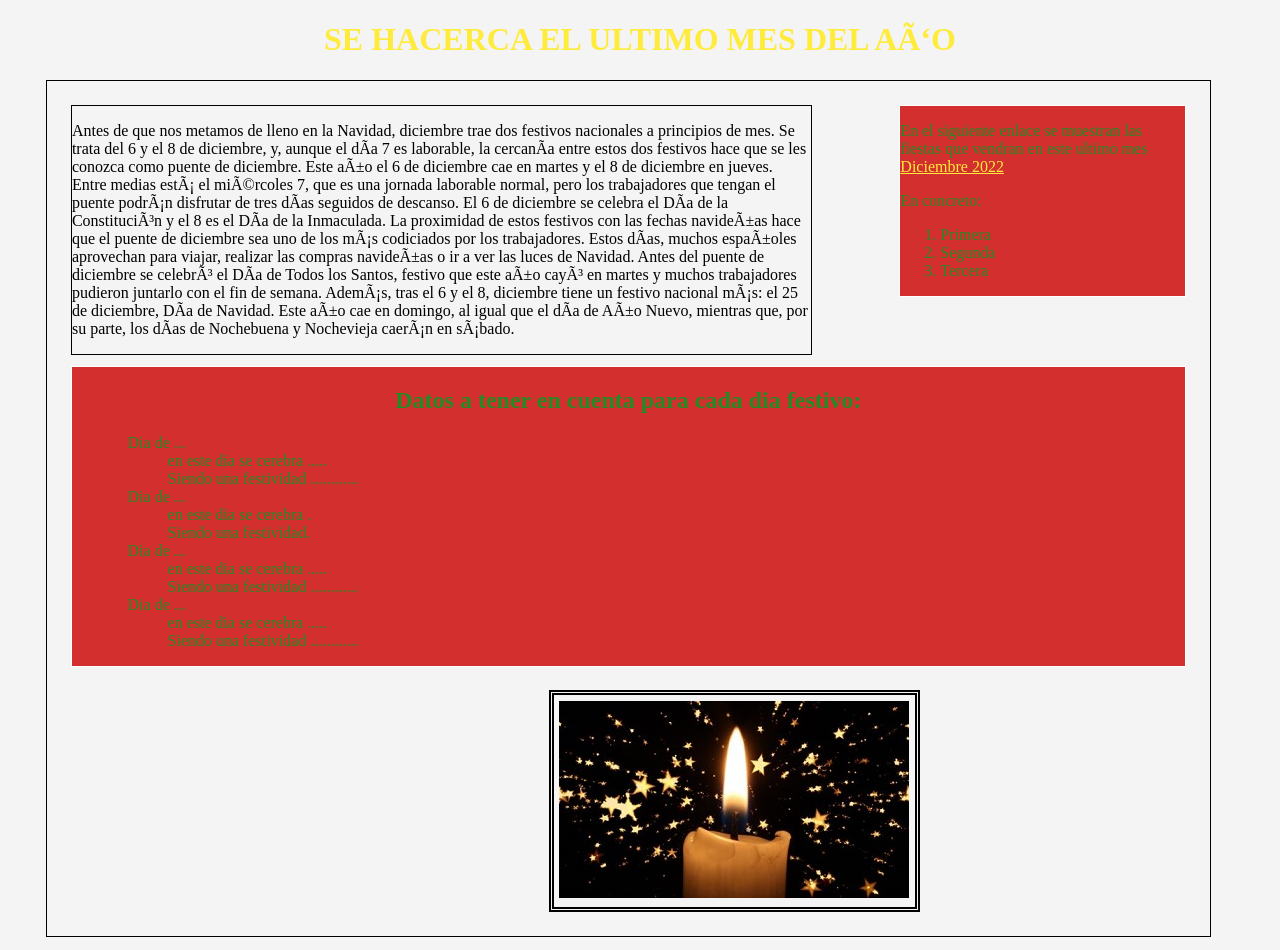
Repository: demoniers/clase
Page: lenguajes/examen2/src/index.html
These files come from the project's save history. The page is drawn as it stood at one moment and after the next save; the edit follows.
The browser window is 1280 px wide. The pictures show the whole page.

Above is the page before, as saved 2024-11-06 13:52:23.

### lenguajes/examen2/src/index.html
<!DOCTYPE html>
<html>
  <head>
    <title>¡Festivos Fin de Año!</title>
    <link rel="stylesheet" href="../style/style.css" />
    <meta name="author" content="Diego" />
    <meta name="description" content="¡Festivos Fin de Año!" />
    <meta name="Date" content="06/11/2024"/>
    <meta name="keywords" content="Festivo, Fiesta"/>
    <meta charset="ISO 8859-1">
    <meta lang="ES, FR, IT">
  </head>

  <body>
    <h1 class="center">SE HACERCA EL ULTIMO MES DEL AÑO</h1>
    <div id="container">
      <div class="c65" >
        <p>Antes de que nos metamos de lleno en la Navidad, diciembre trae dos festivos nacionales a principios
          de mes. Se trata del 6 y el 8 de diciembre, y, aunque el día 7 es laborable, la cercanía entre estos dos
          festivos hace que se les conozca como puente de diciembre. Este año el 6 de diciembre cae en martes y
          el 8 de diciembre en jueves. Entre medias está el miércoles 7, que es una jornada laborable normal,
          pero los trabajadores que tengan el puente podrán disfrutar de tres días seguidos de descanso. El 6 de
          diciembre se celebra el Día de la Constitución y el 8 es el Día de la Inmaculada. La proximidad de estos
          festivos con las fechas navideñas hace que el puente de diciembre sea uno de los más codiciados por los
          trabajadores. Estos días, muchos españoles aprovechan para viajar, realizar las compras navideñas o ir a
          ver las luces de Navidad. Antes del puente de diciembre se celebró el Día de Todos los Santos, festivo
          que este año cayó en martes y muchos trabajadores pudieron juntarlo con el fin de semana. Además,
          tras el 6 y el 8, diciembre tiene un festivo nacional más: el 25 de diciembre, Día de Navidad. Este año
          cae en domingo, al igual que el día de Año Nuevo, mientras que, por su parte, los días de Nochebuena y
          Nochevieja caerán en sábado.
          </p>
      </div>
      <div class="c25" >
        <p>En el siguiente enlace se muestran las fiestas que vendran en este ultimo mes <a href="calendarioFestivos.html" target="_blank">Diciembre 2022</a></p>
        <p>En concreto:</p>
        <ol>
          <li>Primera</li>
          <li>Segunda</li>
          <li>Tercera</li>
        </ol>
      </div>
      <div class="cc" >
        <h2 class="center">Datos a tener en cuenta para cada dia festivo:</h2>
        <dl>
          <dt>Dia de ...</dt>
          <dd>en este dia se cerebra .....</dd>
          <dd>Siendo una festividad ............</dd>
          <dt>Dia de ...</dt>
          <dd>en este dia se cerebra .</dd>
          <dd>Siendo una festividad.</dd>
          <dt>Dia de ...</dt>
          <dd>en este dia se cerebra .....</dd>
          <dd>Siendo una festividad ............</dd>
          <dt>Dia de ...</dt>
          <dd>en este dia se cerebra .....</dd>
          <dd>Siendo una festividad ............</dd>
        </dl>
      </div>
      <div class="cimg" >
        <img src="../img/navidad.jpg">
      </div>
      <p class="fin"></p>
    </div>
  </body>
</html>

### lenguajes/examen2/style/style.css
body {
    background-color: #f4f4f4;
}
.center {
    text-align: center;
}
#container {
    border: 1px solid black;
    padding: 1%;
    margin-left: 3%;
    height: 9s0%;
    width: 90%;
}
.c65{
    float: left;
    width: 65%;
    border: 1px solid black;
}
.c25{
    float: right;
    width: 25%;
    border: 1px solid white;
    background-color: #D32F2F;
    color: #228B22;
}
div {
    margin: 1%;
}
a, h1 {
    color: #FFEB3B;
}
.cc {
    clear: both;
    border: 1px solid white;
    background-color: #D32F2F;
    color: #228B22;
}
dl {
    margin-left: 5%;
}
.cimg {
    float: left;
    margin-left: 43%;
    border: 5px double black;
    padding: 0.5%;
}
.fin {
    clear:both;
}
.cenimg {
    margin-left: 25%;
    float: left;
}

After the next save:
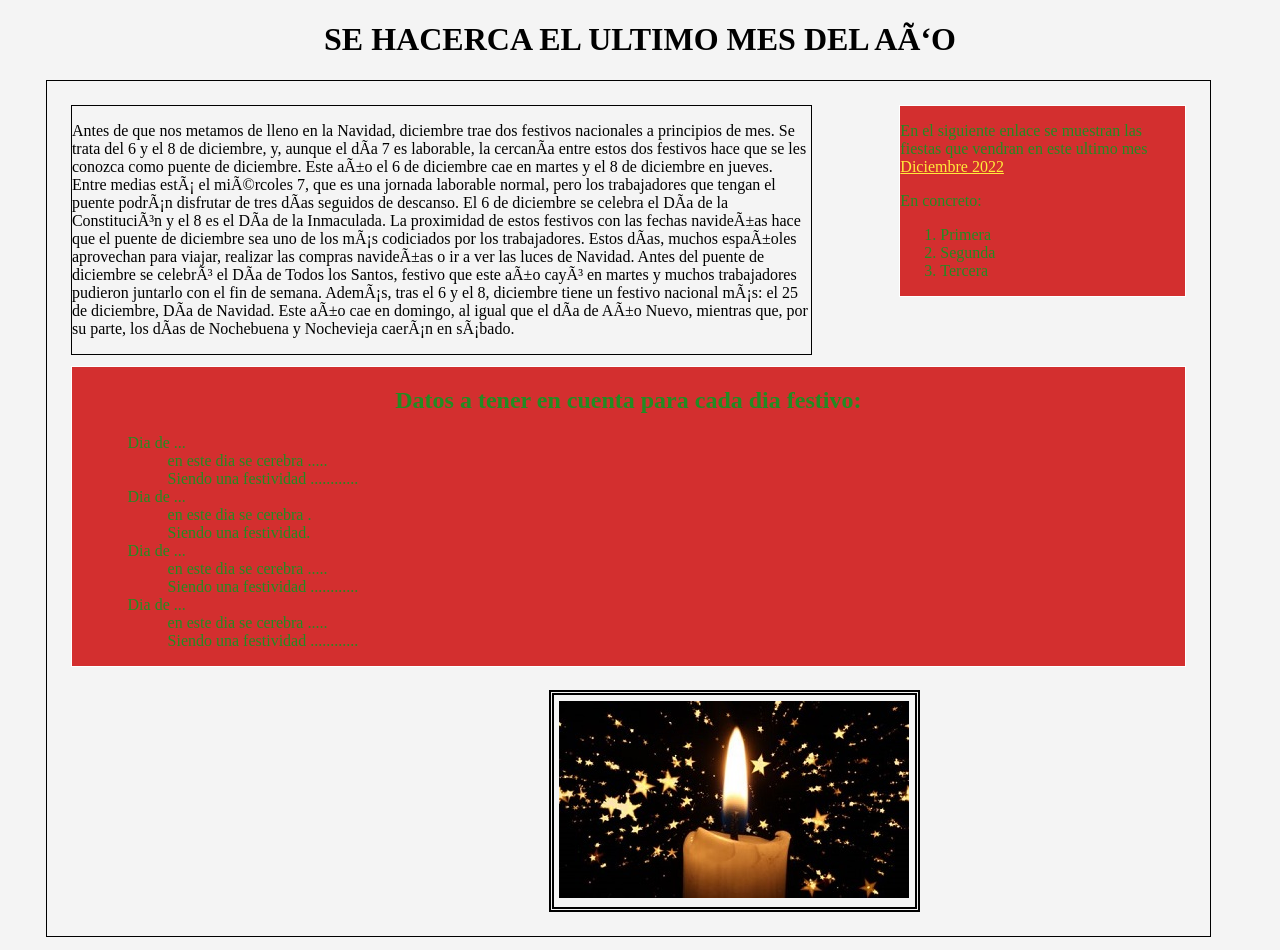
Saved 2 min 40 s later.
--- a/lenguajes/examen2/style/style.css
+++ b/lenguajes/examen2/style/style.css
@@ -26,7 +26,7 @@
 div {
     margin: 1%;
 }
-a, h1 {
+a {
     color: #FFEB3B;
 }
 .cc {
